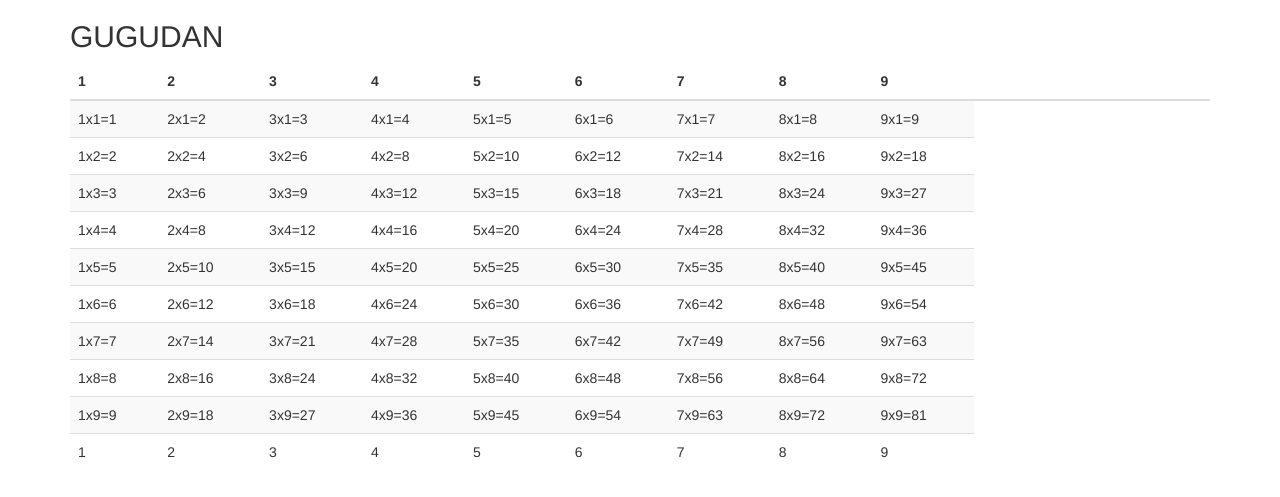
Repository: SongSooJin/JSP
Page: http://localhost/5-jsp-basic/example5/gugudan4.jsp
The author's editor kept a copy of each file at every save. The page is drawn from the files as they stood at one save, then again after the next save.
The browser window is 1280 px wide. The pictures show the whole page.
The page is served by Tomcat 9. Other server files are loaded and not shown. The template is opened directly, without the code that normally fills it, so the values that code supplies are empty.

Above is the page before, as saved 2018-10-08 06:02:55.

### 5-jsp-basic/WebContent/example5/gugudan4.jsp
<%@ page language="java" contentType="text/html; charset=UTF-8"
	pageEncoding="UTF-8"%>
<%@ taglib prefix="c" uri="http://java.sun.com/jsp/jstl/core"%>
<!DOCTYPE html>
<html>
<head>
<meta charset="UTF-8">
<title>Insert title here</title>
<meta name="viewport" content="width=device-width, initial-scale=1">
<link rel="stylesheet"
	href="https://maxcdn.bootstrapcdn.com/bootstrap/3.3.7/css/bootstrap.min.css">
<script
	src="https://ajax.googleapis.com/ajax/libs/jquery/3.3.1/jquery.min.js"></script>
<script
	src="https://maxcdn.bootstrapcdn.com/bootstrap/3.3.7/js/bootstrap.min.js"></script>

</head>
<body>

	<div class="container">
	<h2>GUGUDAN</h2>
		<table class="table table-striped">
			<thead>
				<tr>
					<%
						for (int i = 1; i <= 9; i++) {
							out.print("<th>" + i + "</th>");
						}
					%>
					<c:forEach begin="1" end="9" step="1">
						<th>${i }</th>
					</c:forEach>
				</tr>
			</thead>

			<tbody>
				<%
					for (int i = 1; i <= 9; i++) { // 행
						out.print("<tr>");
						for (int j = 1; j <= 9; j++) { // 열
							out.print("<td>");
							out.print(j + "x" + i + "=" + (i * j));
							out.print("</td>");
						}

						out.print("</tr>");
					}
				%>
				<tr>
					<td>1</td>
					<td>2</td>
					<td>3</td>
					<td>4</td>
					<td>5</td>
					<td>6</td>
					<td>7</td>
					<td>8</td>
					<td>9</td>
				</tr>
			</tbody>
		</table>
	</div>

</body>
</html>

After the next save:
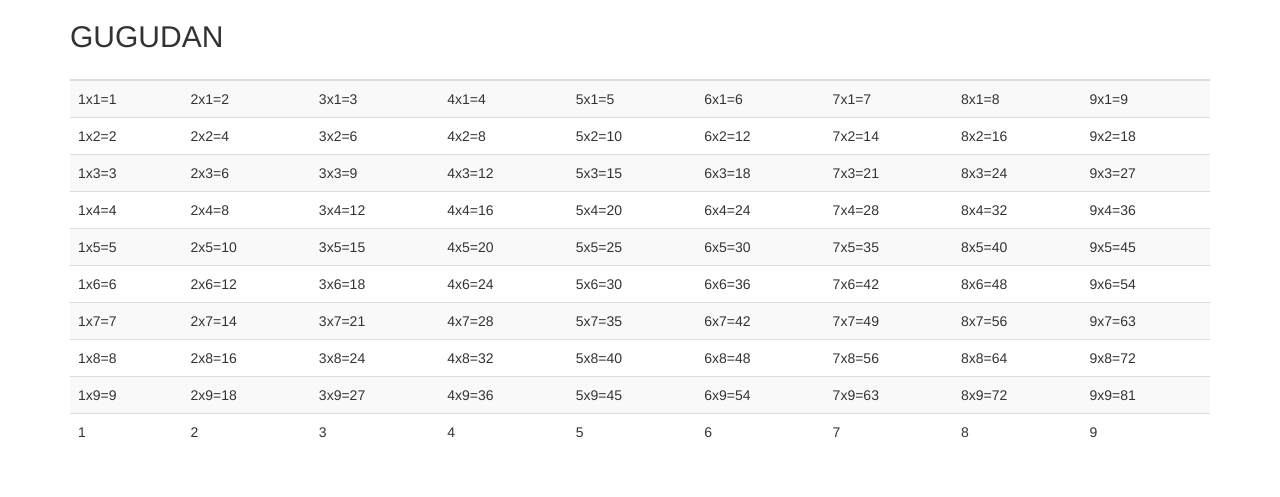
Saved 28 s later.
--- a/5-jsp-basic/WebContent/example5/gugudan4.jsp
+++ b/5-jsp-basic/WebContent/example5/gugudan4.jsp
@@ -23,9 +23,9 @@
 			<thead>
 				<tr>
 					<%
-						for (int i = 1; i <= 9; i++) {
+						/*	for (int i = 1; i <= 9; i++) {
 							out.print("<th>" + i + "</th>");
-						}
+						} */
 					%>
 					<c:forEach begin="1" end="9" step="1">
 						<th>${i }</th>
